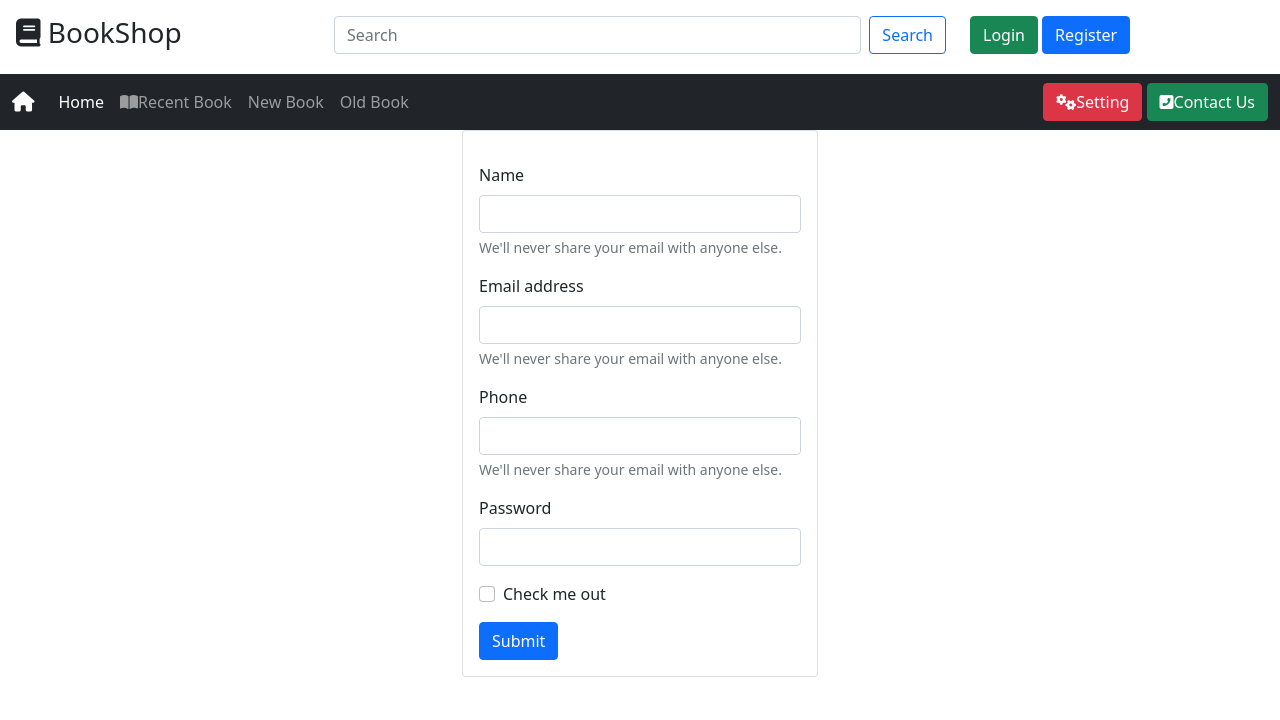
Repository: Abhishekverma23797/BookShopApp
Page: http://localhost/Ebook-App/Register.jsp
These files come from the project's save history. The page is drawn as it stood at one moment and after the next save; the edit follows.
The browser window is 1280 px wide. The pictures show the whole page.
The page is served by Tomcat 9. Other server files are loaded and not shown.

Above is the page before, as saved 2021-12-07 11:49:55.

### Ebook-App/src/main/webapp/Register.jsp
<%@ page language="java" contentType="text/html; charset=ISO-8859-1"
	pageEncoding="ISO-8859-1"%>
<!DOCTYPE html>
<html>
<head>
<meta charset="ISO-8859-1">
<title>BookShop: Register</title>
<%@include file="All_Component/AllCss.jsp"%>
</head>
<body>
	<%@include file="All_Component/navbar.jsp"%>


	<div class="container">
		<div class="row">
			<div class="col-md-4 offset-md-4">
				<div class="card">

					<div class="card-body">

						<form>
							<div class="mb-3 mt-2 pt-2">
								<label for="exampleInputEmail1" class="form-label">Name</label>
								<input type="email" class="form-control" id="exampleInputEmail1"
									aria-describedby="emailHelp">
								<div id="emailHelp" class="form-text">We'll never share
									your email with anyone else.</div>
							</div>
							<div class="mb-3">
								<label for="exampleInputEmail1" class="form-label">Email
									address</label> <input type="email" class="form-control"
									id="exampleInputEmail1" aria-describedby="emailHelp">
								<div id="emailHelp" class="form-text">We'll never share
									your email with anyone else.</div>
							</div>
							<div class="mb-3">
								<label for="exampleInputEmail1" class="form-label">Phone</label> <input type="email" class="form-control"
									id="exampleInputEmail1" aria-describedby="emailHelp">
								<div id="emailHelp" class="form-text">We'll never share
									your email with anyone else.</div>
							</div>
							<div class="mb-3">
								<label for="exampleInputPassword1" class="form-label">Password</label>
								<input type="password" class="form-control"
									id="exampleInputPassword1">
							</div>
							<div class="mb-3 form-check">
								<input type="checkbox" class="form-check-input"
									id="exampleCheck1"> <label class="form-check-label"
									for="exampleCheck1">Check me out</label>
							</div>
							<button type="submit" class="btn btn-primary">Submit</button>
						</form>
					</div>
				</div>

			</div>
		</div>
	</div>
</body>
</html>

### Ebook-App/src/main/webapp/All_Component/AllCss.jsp
<!-- CSS only -->
<link
	href="https://cdn.jsdelivr.net/npm/bootstrap@5.1.3/dist/css/bootstrap.min.css"
	rel="stylesheet"
	integrity="sha384-1BmE4kWBq78iYhFldvKuhfTAU6auU8tT94WrHftjDbrCEXSU1oBoqyl2QvZ6jIW3"
	crossorigin="anonymous">


<!-- JavaScript Bundle with Popper -->
<script
	src="https://cdn.jsdelivr.net/npm/bootstrap@5.1.3/dist/js/bootstrap.bundle.min.js"
	integrity="sha384-ka7Sk0Gln4gmtz2MlQnikT1wXgYsOg+OMhuP+IlRH9sENBO0LRn5q+8nbTov4+1p"
	crossorigin="anonymous"></script>


<link rel="stylesheet"
	href="https://cdnjs.cloudflare.com/ajax/libs/font-awesome/6.0.0-beta3/css/all.min.css"
	integrity="sha512-Fo3rlrZj/k7ujTnHg4CGR2D7kSs0v4LLanw2qksYuRlEzO+tcaEPQogQ0KaoGN26/zrn20ImR1DfuLWnOo7aBA=="
	crossorigin="anonymous" referrerpolicy="no-referrer" />

<link rel="stylesheet" href="All_Component/style.css">

### Ebook-App/src/main/webapp/All_Component/navbar.jsp

<div class="container-fluid p-3">


	<div class="row">

		<div class="col-md-3">

			<h3>

				<i class="fas fa-book"></i> BookShop
			</h3>
		</div>

		<div class="col-md-6">
			<form class="d-flex">
				<input class="form-control me-2 my-lg-0" type="search"
					placeholder="Search" aria-label="Search">
				<button class="btn btn-outline-primary" type="submit">Search</button>
			</form>
		</div>

		<div class="col-md-3">

			<a href="" class="btn btn-success">Login</a> <a href="Register.jsp"
				class="btn btn-primary">Register</a>

		</div>

	</div>

</div>
<nav class="navbar navbar-expand-lg navbar-dark bg-dark bg-custom">
	<div class="container-fluid">
		<a class="navbar-brand" href="#"><i class="fas fa-home"></i></a>
		<button class="navbar-toggler" type="button" data-bs-toggle="collapse"
			data-bs-target="#navbarSupportedContent"
			aria-controls="navbarSupportedContent" aria-expanded="false"
			aria-label="Toggle navigation">
			<span class="navbar-toggler-icon"></span>
		</button>
		<div class="collapse navbar-collapse" id="navbarSupportedContent">
			<ul class="navbar-nav me-auto mb-2 mb-lg-0">
				<li class="nav-item"><a class="nav-link active"
					aria-current="page" href="#"> Home</a></li>

				<li class="nav-item"><a class="nav-link" href="#"><i
						class="fas fa-book-open"></i>Recent Book</a></li>

				<li class="nav-item"><a class="nav-link" href="#">New Book</a></li>

				<li class="nav-item"><a class="nav-link" href="#">Old Book</a>
				</li>
			</ul>
			<form class="from-inline my-2 my-lg-0">
				<button class="btn btn-danger my-2 my-sm-0 ml-1" type="submit">
					<i class="fas fa-cogs"></i>Setting
				</button>
				<button class="btn btn-success" type="submit">
					<i class="fas fa-phone-square-alt"></i>Contact Us
				</button>
			</form>
		</div>
	</div>
</nav>

### Ebook-App/src/main/webapp/All_Component/style.css

.bg-custom{

	background-color: #303f9f;
}

.navbar .nav-item:hover  {

	background-color: black;
	color: blue;
	border-radius: 20px

}

After the next save:
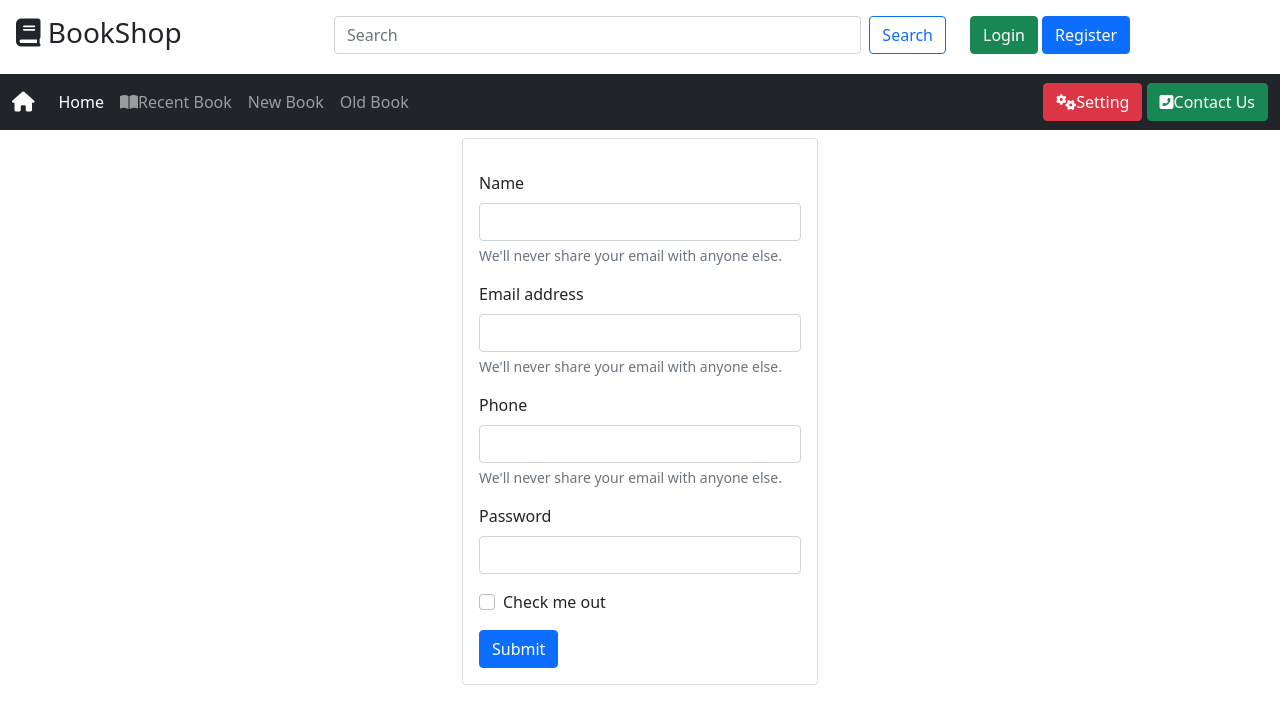
Saved 19 s later.
--- a/Ebook-App/src/main/webapp/Register.jsp
+++ b/Ebook-App/src/main/webapp/Register.jsp
@@ -14,7 +14,7 @@
 	<div class="container">
 		<div class="row">
 			<div class="col-md-4 offset-md-4">
-				<div class="card">
+				<div class="card mt-2">
 
 					<div class="card-body">
 

After the save that followed:
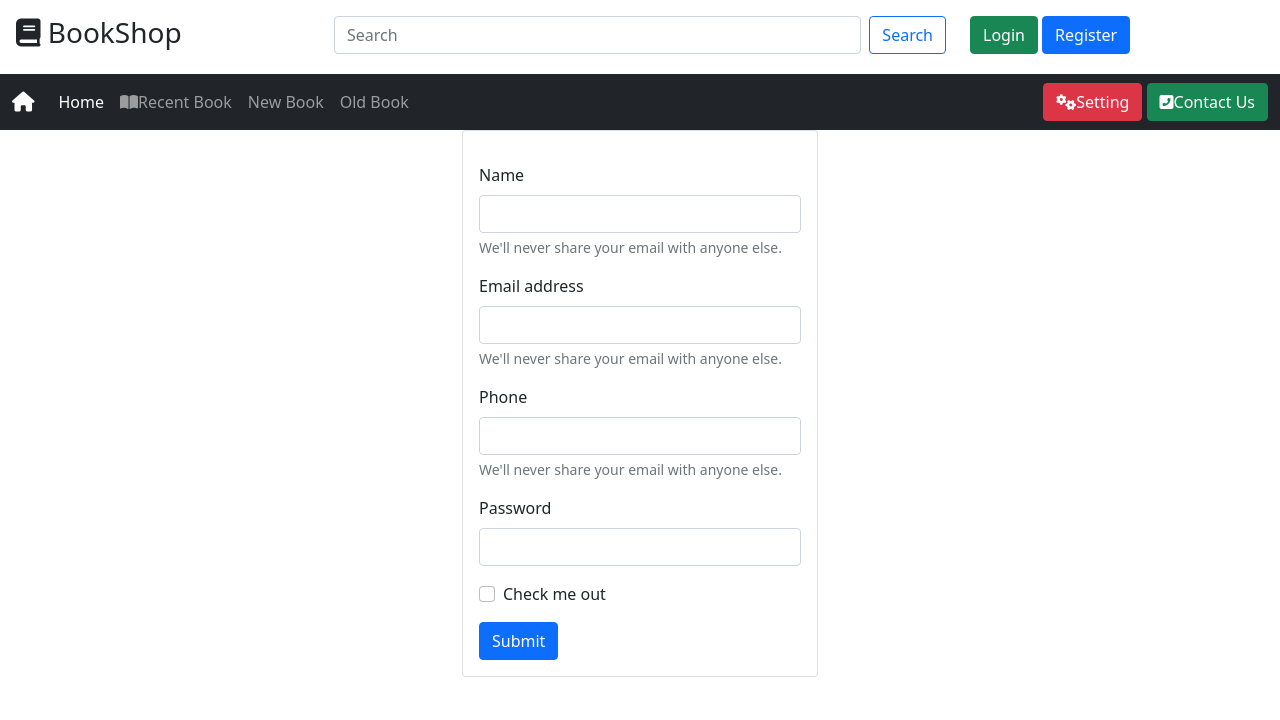
Saved 28 s later.
--- a/Ebook-App/src/main/webapp/Register.jsp
+++ b/Ebook-App/src/main/webapp/Register.jsp
@@ -14,7 +14,7 @@
 	<div class="container">
 		<div class="row">
 			<div class="col-md-4 offset-md-4">
-				<div class="card mt-2">
+				<div class="card ">
 
 					<div class="card-body">
 
